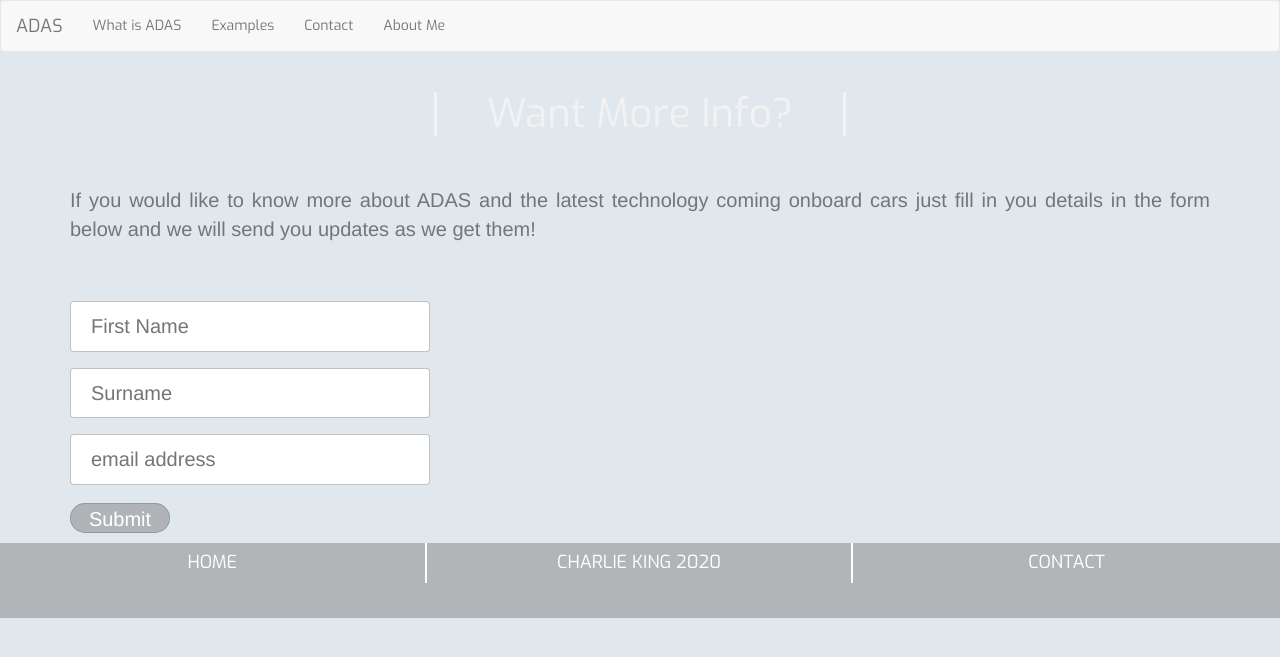
Repository: Cha-K28/First-Milestone-Project
Page: contact.html
The author's editor kept a record of every edit. The page is drawn from the files as they stood at one moment, then again after the next edit.
The browser window is 1280 px wide. The pictures show the whole page.

Above is the page before.

After the next edit:
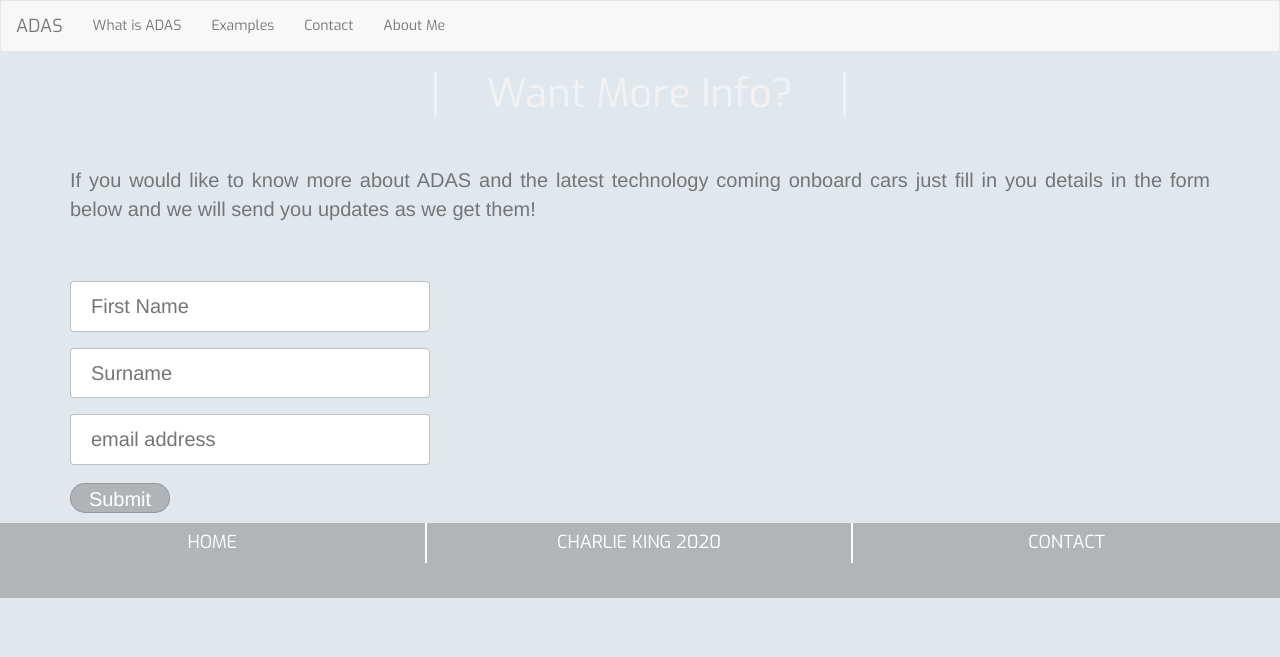
The edit:
--- a/contact.html
+++ b/contact.html
@@ -39,8 +39,11 @@
         </nav>
     </header>
     <!-- End header  -->
+
+    <H1>Want More Info?</H1>
+
     <div class="container">
-        <H1>Want More Info?</H1>
+
 
             <p>
                 If you would like to know more about ADAS and the latest technology coming onboard cars just fill in you details in the form below and we will send you updates as we get them!
